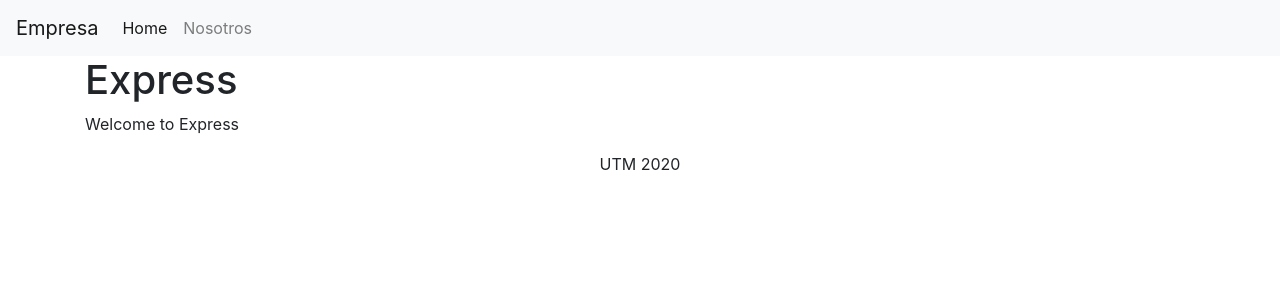
Repository: Ciromont/sitioweb-nodejs
Page: http://localhost/
An editor plug-in stored every save of this project. The page is shown before and after the next save, followed by the edit.
The browser window is 1280 px wide. The pictures show the whole page.
The page is served by the project's Node server (app.js). Other server files are loaded and not shown.

Above is the page before, as saved 2022-11-13 18:09:26.

### views/index.ejs
<%- include layouts/header.ejs %>

    <div class="container">

    <h1><%= title %></h1>
    <p>Welcome to <%= title %></p>

    </div>

    <%- include layouts/footer.ejs %>

### views/layouts/header.ejs
<!DOCTYPE html>
<html>
  <head>
    <title><%= title %></title>
    <link rel="stylesheet" href="https://cdn.jsdelivr.net/npm/bootstrap@4.5.3/dist/css/bootstrap.min.css">
    <!-- <link rel='stylesheet' href='/stylesheets/style.css' /> -->
  </head>
  <body>
    <nav class="navbar navbar-expand-lg navbar-light bg-light">
      <a class="navbar-brand" href="#">Empresa</a>
      <button class="navbar-toggler" type="button" data-toggle="collapse" data-target="#navbarNavAltMarkup" aria-controls="navbarNavAltMarkup" aria-expanded="false" aria-label="Toggle navigation">
        <span class="navbar-toggler-icon"></span>
      </button>
      <div class="collapse navbar-collapse" id="navbarNavAltMarkup">
        <div class="navbar-nav">
          <a class="nav-link active" href="/">
            Home
            <span class="sr-only"></span>
        </a>
          <a class="nav-link" href="/nosotros">Nosotros</a>

        </div>
      </div>
    </nav>

### views/layouts/footer.ejs
<footer class="text-center">UTM 2020</footer>


</body>
</html>

### app.js
var createError = require('http-errors');
var express = require('express');
var path = require('path');
var cookieParser = require('cookie-parser');
var logger = require('morgan');

var indexRouter = require('./routes/index');
var usersRouter = require('./routes/users');

var app = express();

// view engine setup
app.set('views', path.join(__dirname, 'views'));
app.set('view engine', 'ejs');

app.use(logger('dev'));
app.use(express.json());
app.use(express.urlencoded({ extended: false }));
app.use(cookieParser());
app.use(express.static(path.join(__dirname, 'public')));

app.use('/', indexRouter);
app.use('/users', usersRouter);

// catch 404 and forward to error handler
app.use(function(req, res, next) {
  next(createError(404));
});

// error handler
app.use(function(err, req, res, next) {
  // set locals, only providing error in development
  res.locals.message = err.message;
  res.locals.error = req.app.get('env') === 'development' ? err : {};

  // render the error page
  res.status(err.status || 500);
  res.render('error');
});

module.exports = app;

### routes/index.js
var express = require('express');
var router = express.Router();

/* GET home page(index.ejs).*/
router.get('/', function(req, res, next) {
  res.render('index', { title: 'Express' });
});

/* GET home page(nosotros.ejs).*/
router.get('/nosotros', function(req, res, next) {
  res.render('nosotros', { title: 'Nosotros somos...' });
});

/* GET home page(productos.ejs).*/
router.get('/productos', function(req, res, next) {
  res.render('productos', { title: 'Nuestros productos...' });
});

module.exports = router;

After the next save:
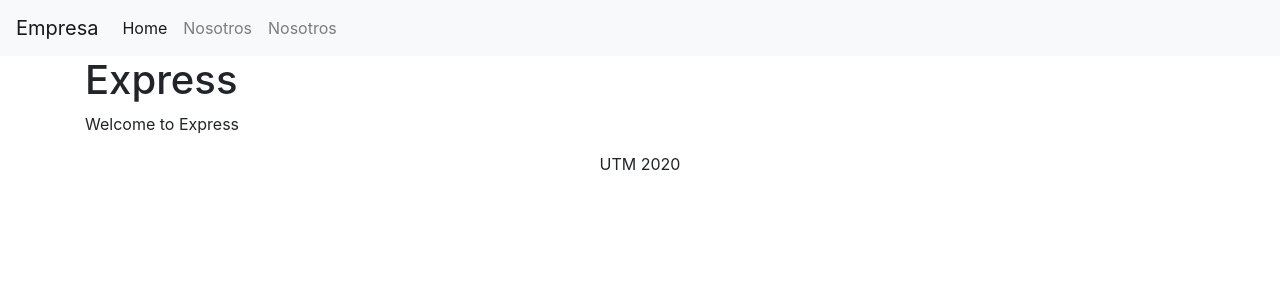
Saved 4 min 56 s later.
--- a/views/layouts/header.ejs
+++ b/views/layouts/header.ejs
@@ -18,6 +18,7 @@
             <span class="sr-only"></span>
         </a>
           <a class="nav-link" href="/nosotros">Nosotros</a>
+          <a class="nav-link" href="/productos">Nosotros</a>
 
         </div>
       </div>
